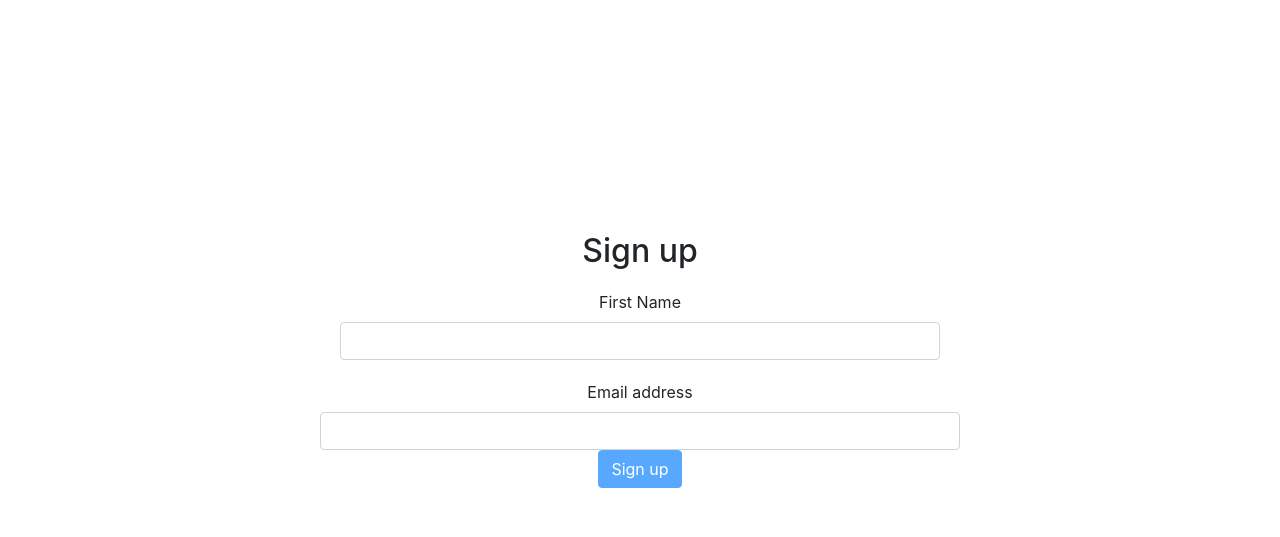
Repository: jklodge/react-form
Page: / (app in adzuna-form/)
These files come from the project's save history. The page is drawn as it stood at one moment and after the next save; the edit follows.
The browser window is 1280 px wide. The pictures show the whole page.
The project was rebuilt for these pictures with package versions that can differ from the ones it lists, and the page was loaded fresh each time.

Above is the page before, as saved 2020-01-08 23:11:28.

### adzuna-form/src/App.js
import React from "react";
import "bootstrap/dist/css/bootstrap.css";
// import "bootstrap/dist/css/bootstrap-theme.css";
import "./App.css";
import Form from "./Components/Form.js";

function App() {
  return (
    <div className="App">
      <main>
        <Form />
      </main>
    </div>
  );
}

export default App;

### adzuna-form/src/Components/Form.js
import React, { Component } from "react";
import { ErrorValidation } from "./ErrorValidation";
import "./Form.scss";
class Form extends Component {
  state = {
    email: "",
    name: "",
    errorValidation: { email: "", name: "" },
    emailValid: false,
    nameValid: false,
    formValid: false
  };

  handleChange = e => {
    const value = e.target.value;
    this.setState({
      ...this.state,
      [e.target.name]: value
    });
  };

  validateField = e => {
    const value = e.target.value;
    const name = e.target.name;

    let fieldValidationErrors = this.state.errorValidation;
    let emailValid = this.state.emailValid;
    let nameValid = this.state.nameValid;

    switch (name) {
      case "email":
        emailValid = value.match(/^([\w.%+-]+)@([\w-]+\.)+([\w]{2,})$/i);
        fieldValidationErrors.email = emailValid ? "" : " is invalid";
        break;
      case "name":
        console.log("n", value.length);
        nameValid = value.length >= 2;
        fieldValidationErrors.name = nameValid ? "" : " is too short";
        break;
      default:
        break;
    }
    this.setState(
      {
        errorValidation: fieldValidationErrors,
        emailValid: emailValid,
        nameValid: nameValid
      },
      this.validateForm
    );
    console.log("2", this.state);
  };

  validateForm = () => {
    this.setState({
      formValid: this.state.emailValid && this.state.nameValid
    });
  };

  errorClass = error => {
    return error.length === 0 ? "" : "has-error";
  };

  render() {
    return (
      <div className="adzuna-form">
        <form className="form-container">
          <h2>Sign up</h2>
          <div
            className={`form ${this.errorClass(
              this.state.errorValidation.name
            )}`}
          >
            <label htmlFor="text">First Name</label>
            <input
              type="text"
              className="form-control"
              name="name"
              value={this.state.name}
              onChange={this.handleChange}
              onBlur={this.validateField}
              required
            />
          </div>
          <div
            className={`${this.errorClass(this.state.errorValidation.email)}`}
          >
            <label htmlFor="email">Email address</label>
            <input
              type="email"
              className="form-control"
              name="email"
              value={this.state.email}
              onChange={this.handleChange}
              onBlur={this.validateField}
              required
            />
          </div>
          <button
            type="submit"
            className="btn btn-primary"
            disabled={!this.state.formValid}
          >
            Sign up
          </button>
        </form>
        <div className="panel panel-default">
          <ErrorValidation errorValidation={this.state.errorValidation} />
        </div>
      </div>
    );
  }
}
export default Form;

### adzuna-form/src/Components/ErrorValidation.js
import React from "react";
export const ErrorValidation = ({ errorValidation }) => (
  <div className="formErrors">
    {Object.keys(errorValidation).map((fieldName, i) => {
      if (errorValidation[fieldName].length > 0) {
        return (
          <p key={i}>
            {fieldName} {errorValidation[fieldName]}
          </p>
        );
      } else {
        return "";
      }
    })}
  </div>
);

### adzuna-form/src/Components/Form.scss
.adzuna-form {
  align-items: center;
  display: flex;
  flex-direction: column;
  height: 100vh;
  justify-content: center;

  .form-container {
    width: 50%;
  }

  .form {
    margin: 20px;
  }
}

Loaded but not shown: adzuna-form/public/index.html (common file); adzuna-form/src/index.js (common file); adzuna-form/src/index.css (common file); adzuna-form/src/serviceWorker.js (common file); adzuna-form/src/App.css (common file)

After the next save:
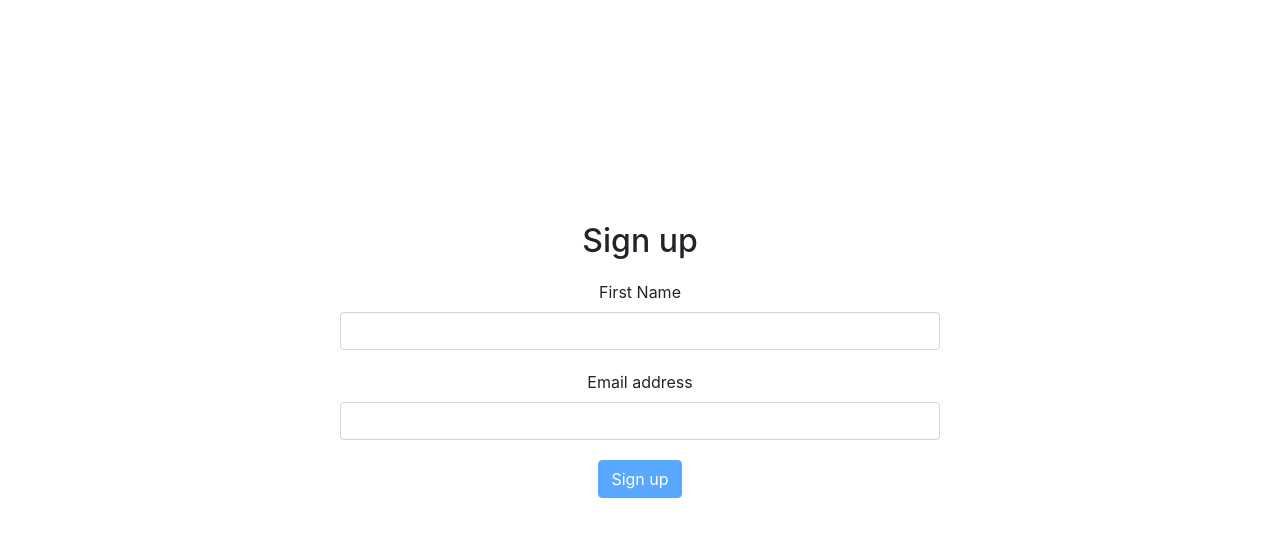
Saved 40 min 53 s later.
--- a/adzuna-form/src/Components/Form.js
+++ b/adzuna-form/src/Components/Form.js
@@ -83,7 +83,9 @@ class Form extends Component {
             />
           </div>
           <div
-            className={`${this.errorClass(this.state.errorValidation.email)}`}
+            className={`form ${this.errorClass(
+              this.state.errorValidation.email
+            )}`}
           >
             <label htmlFor="email">Email address</label>
             <input
